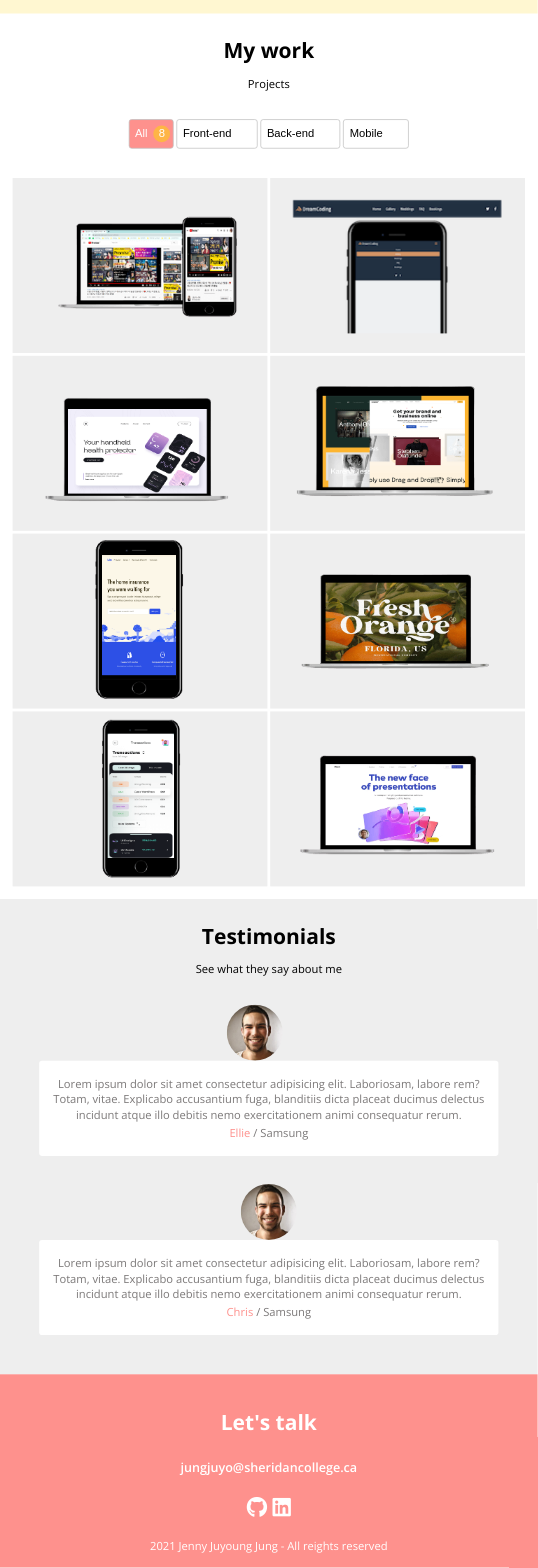
Repository: jennyjjung/portfolio.v0
Page: index.html
These files come from the project's save history. The page is drawn as it stood at one moment and after the next save; the edit follows.
The browser window is 768 px wide. The pictures show the part of the page from y = 2665 to 4905 px (the page is 4905 px tall), at 70% of full size.
Some web libraries are served in a nearby version.

Above is the page before, as saved 2022-02-28 12:10:40.

After the next save:
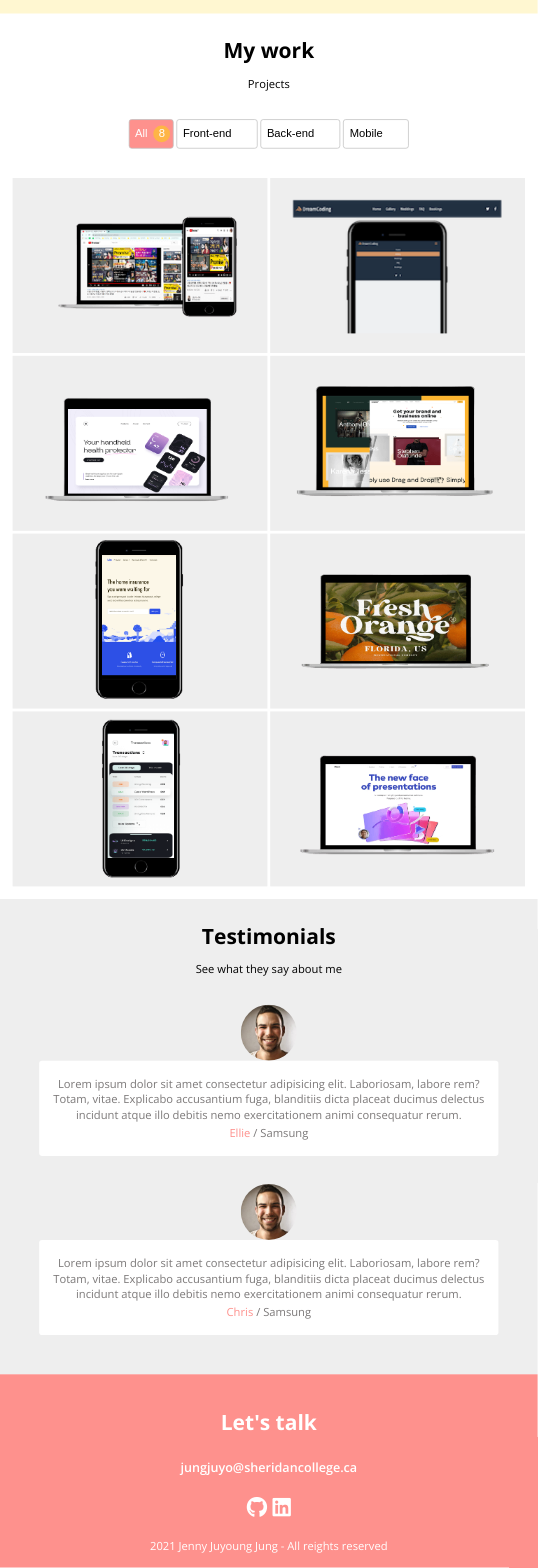
Saved 11 s later.
--- a/style.css
+++ b/style.css
@@ -580,6 +580,7 @@ p {
     height: 80px;
   }
 
+  .testimonial__avatar:nth-child(odd),
   .testimonial__avatar:nth-child(even) {
     margin: 0;
   }
